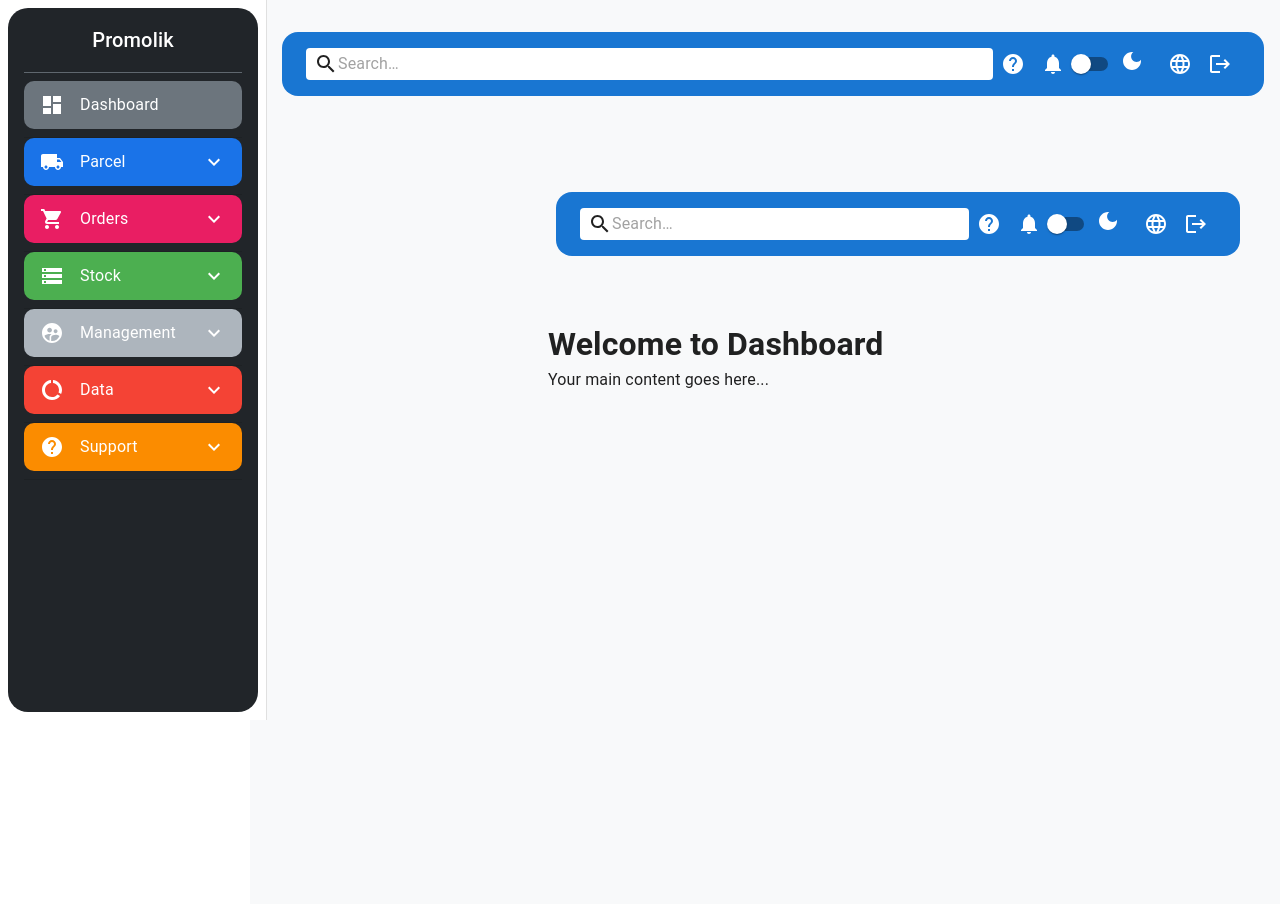
Repository: yosrjdly/stk
Page: /dashboard (app in dashboard/)
The author's editor kept a copy of each file at every save. The page is drawn from the files as they stood at one save, then again after the next save.
The browser window is 1280 px wide. The pictures show the whole page.
The project was rebuilt for these pictures with package versions that can differ from the ones it lists, and the page was loaded fresh each time. The framework's server and built-in components were replaced by stand-ins that run in the browser. Also part of the build but not shown: dashboard/next.config.ts.

Above is the page before, as saved 2025-02-14 17:02:51.

After the next save:
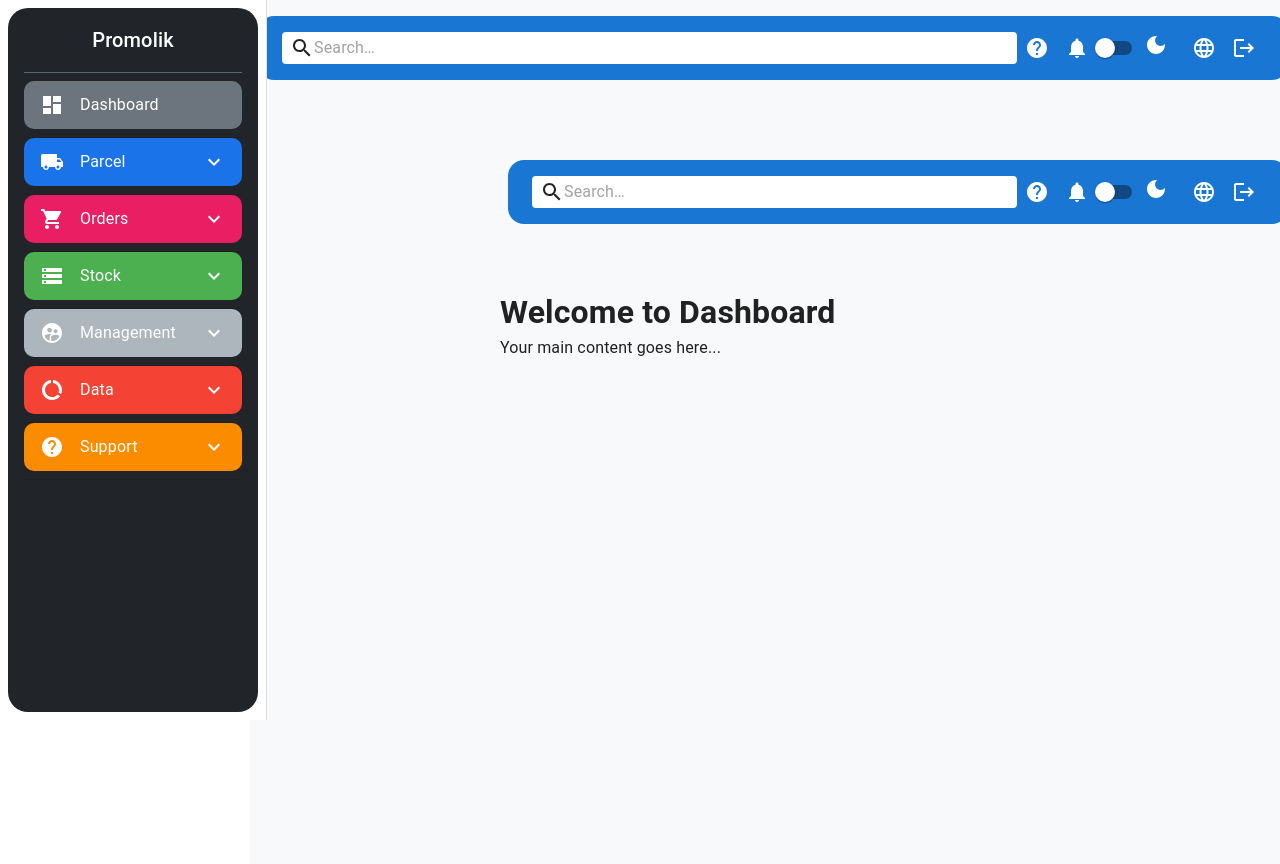
Saved 4 s later.
--- a/dashboard/src/app/dashboard/Layout.tsx
+++ b/dashboard/src/app/dashboard/Layout.tsx
@@ -23,7 +23,6 @@
         sx={{
           flexGrow: 1,
           pt:1,
-          p: 3,
           width: `calc(100% - 250px)`, // Adjusting main content width to fit sidebar
           backgroundColor: "#f8f9fa",
           minHeight: "100vh",

After the 4 saves that followed:
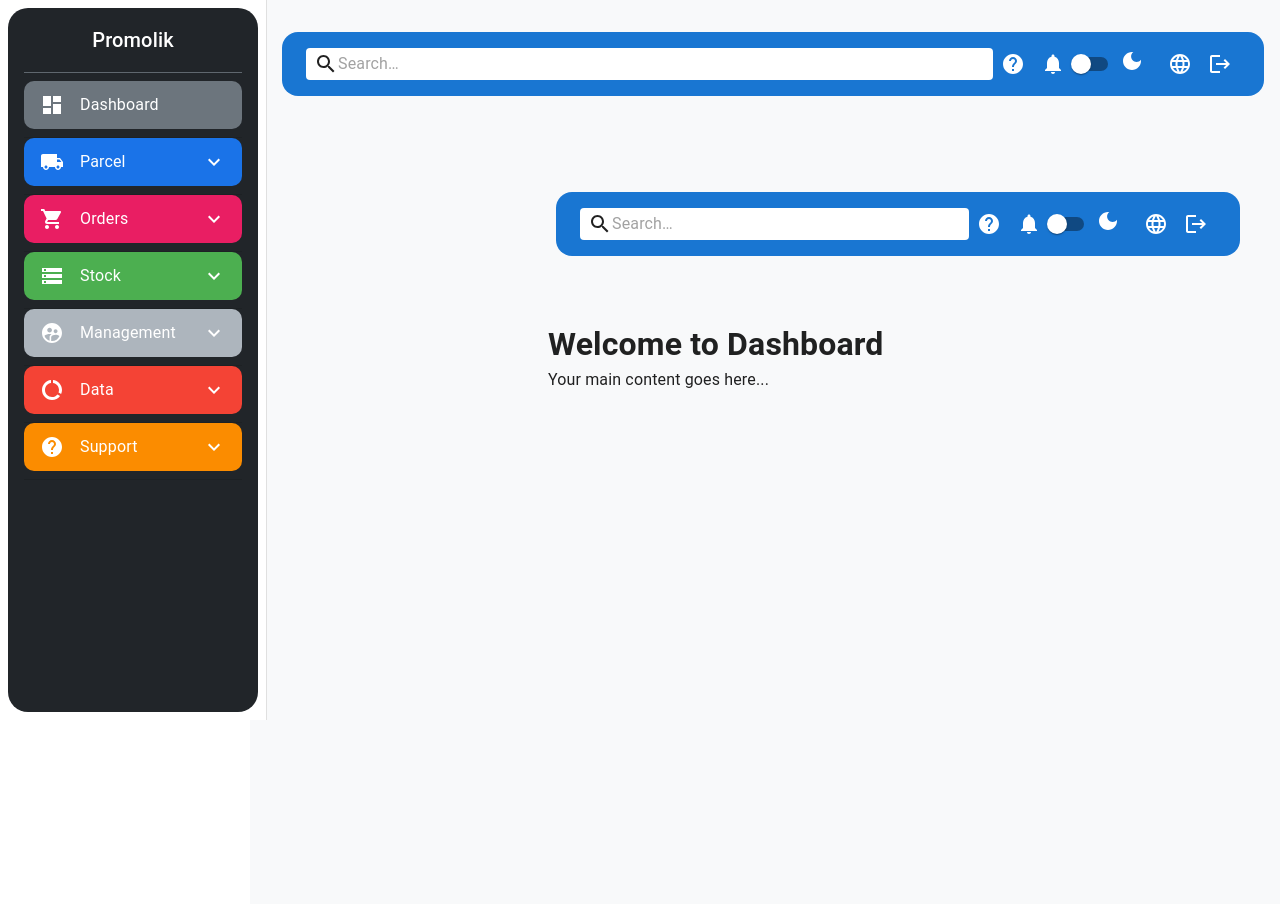
The 4 saves are shown as one change because 1 left the picture as it was and some came seconds apart.
The last was saved 21 s later.
--- a/dashboard/src/app/dashboard/Layout.tsx
+++ b/dashboard/src/app/dashboard/Layout.tsx
@@ -22,7 +22,8 @@
         component="main"
         sx={{
           flexGrow: 1,
-          pt:1,
+          pt:0,
+          p: 3,
           width: `calc(100% - 250px)`, // Adjusting main content width to fit sidebar
           backgroundColor: "#f8f9fa",
           minHeight: "100vh",
